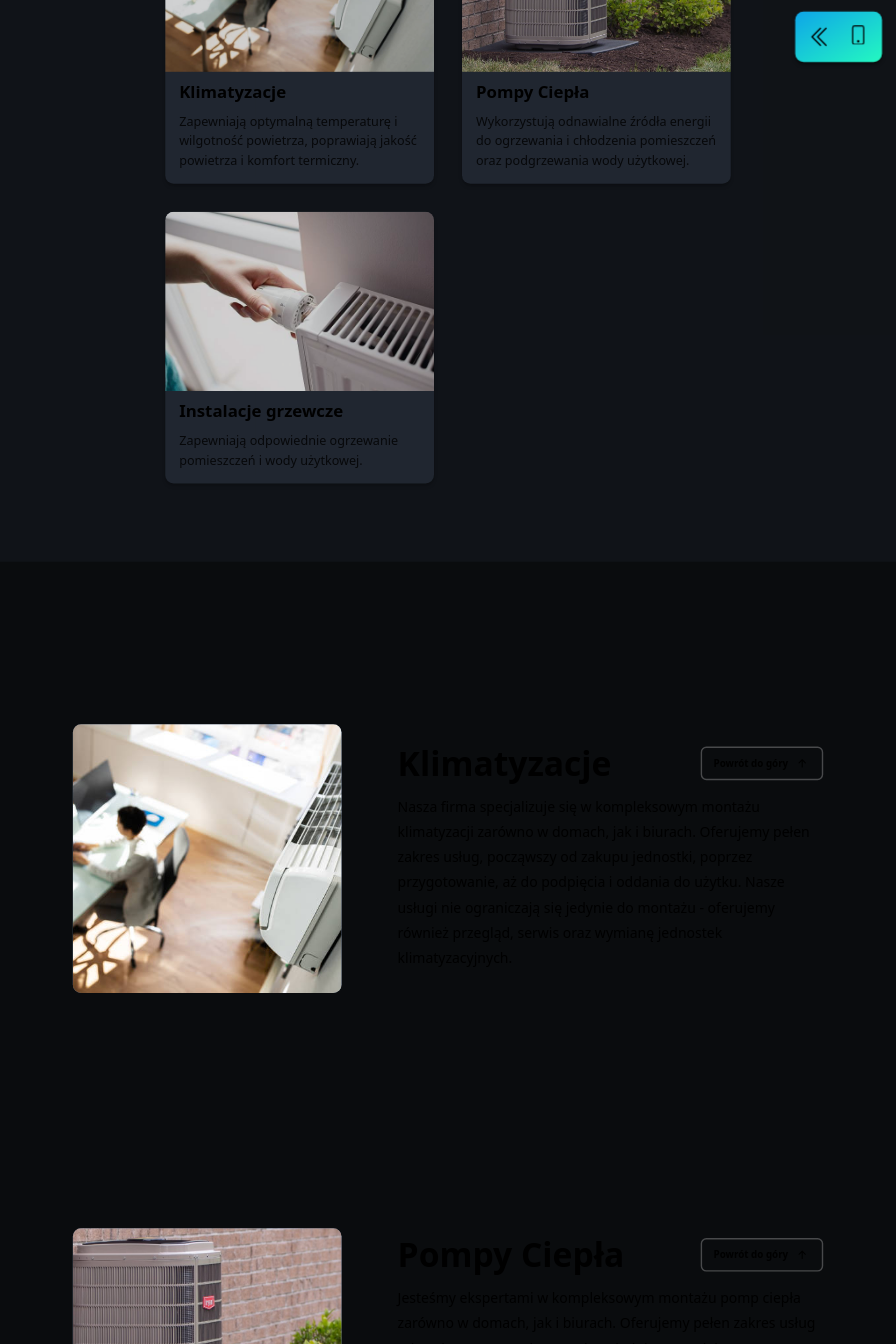
Repository: piotrokrutniak/Fast-CompanyWebsite
Page: /oferta
The author's editor kept a copy of each file at every save. The page is drawn from the files as they stood at one save, then again after the next save.
The browser window is 1280 px wide. The pictures show the part of the page from y = 611 to 2531 px (the page is 4306 px tall before and 4390 px after), at 70% of full size.
The project was rebuilt for these pictures with package versions that can differ from the ones it lists, and the page was loaded fresh each time. The framework's server and built-in components were replaced by stand-ins that run in the browser. Also part of the build but not shown: next.config.js.

Above is the page before, as saved 2023-10-22 16:05:23.

After the next save:
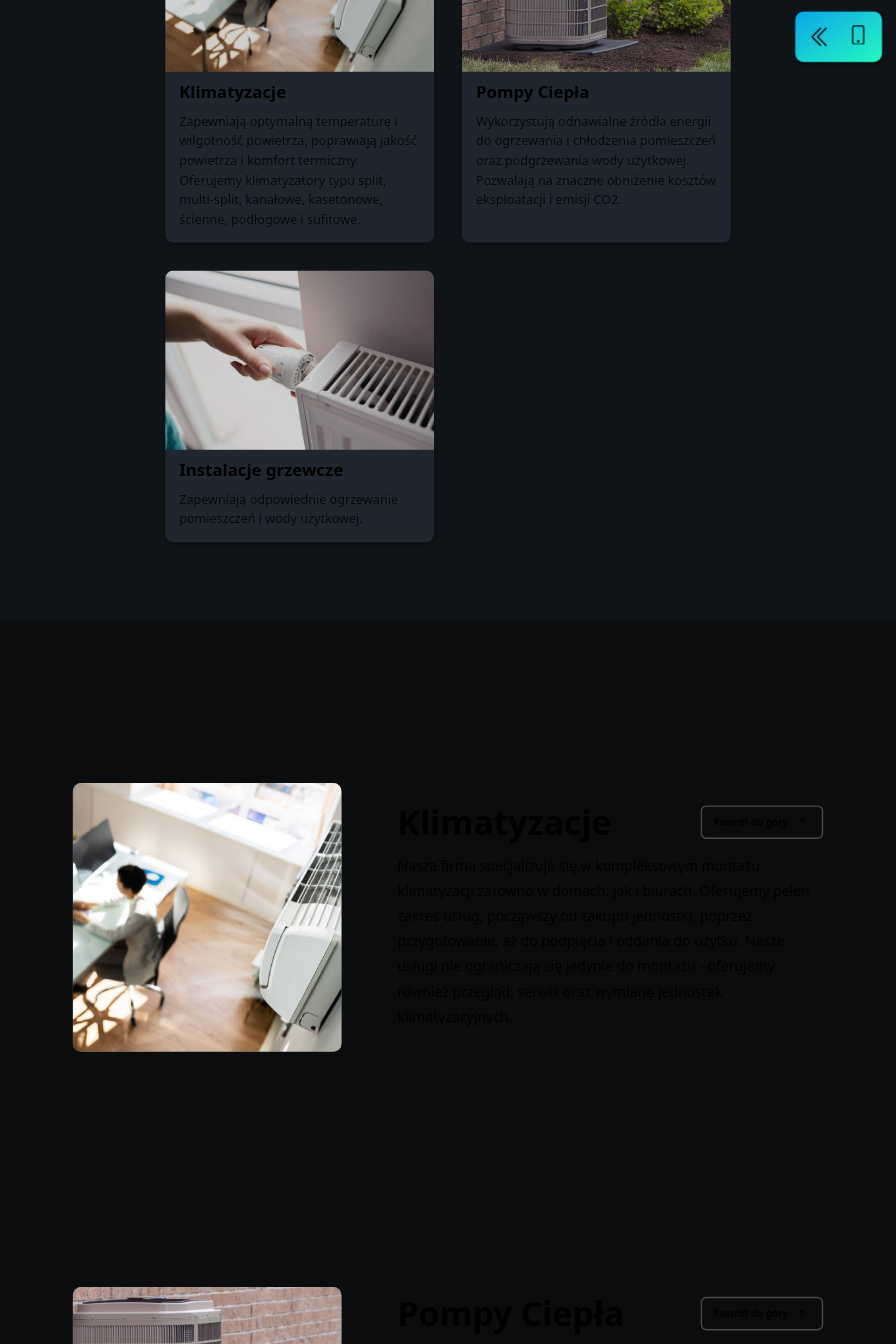
Saved 56 s later.
--- a/src/app/(pages)/oferta/page.js
+++ b/src/app/(pages)/oferta/page.js
@@ -18,8 +18,8 @@ export default function Oferta(){
 
                 <div className="bg-slate-600/10 lg:py-28 p-2 py-10">
                     <div className="w-fit grid lg:grid-cols-2 2xl:grid-cols-3 max-w-7xl m-auto gap-10 lg:gap-10 items-stretch">
-                        <Card scrollTo="#klimatyzacja" image={img1} title="Klimatyzacje" desc="Zapewniają optymalną temperaturę i wilgotność powietrza, poprawiają jakość powietrza i komfort termiczny."/>
-                        <Card scrollTo="#pompy" image={img2} title="Pompy Ciepła" desc="Wykorzystują odnawialne źródła energii do ogrzewania i chłodzenia pomieszczeń oraz podgrzewania wody użytkowej."/>
+                        <Card scrollTo="#klimatyzacja" image={img1} title="Klimatyzacje" desc="Zapewniają optymalną temperaturę i wilgotność powietrza, poprawiają jakość powietrza i komfort termiczny. Oferujemy klimatyzatory typu split, multi-split, kanałowe, kasetonowe, ścienne, podłogowe i sufitowe."/>
+                        <Card scrollTo="#pompy" image={img2} title="Pompy Ciepła" desc="Wykorzystują odnawialne źródła energii do ogrzewania i chłodzenia pomieszczeń oraz podgrzewania wody użytkowej. Pozwalają na znaczne obniżenie kosztów eksploatacji i emisji CO2."/>
                         <Card scrollTo="#ogrzewanie" image={img3} title="Instalacje grzewcze" desc="Zapewniają odpowiednie ogrzewanie pomieszczeń i wody użytkowej."/>
                     </div>
                 </div>
